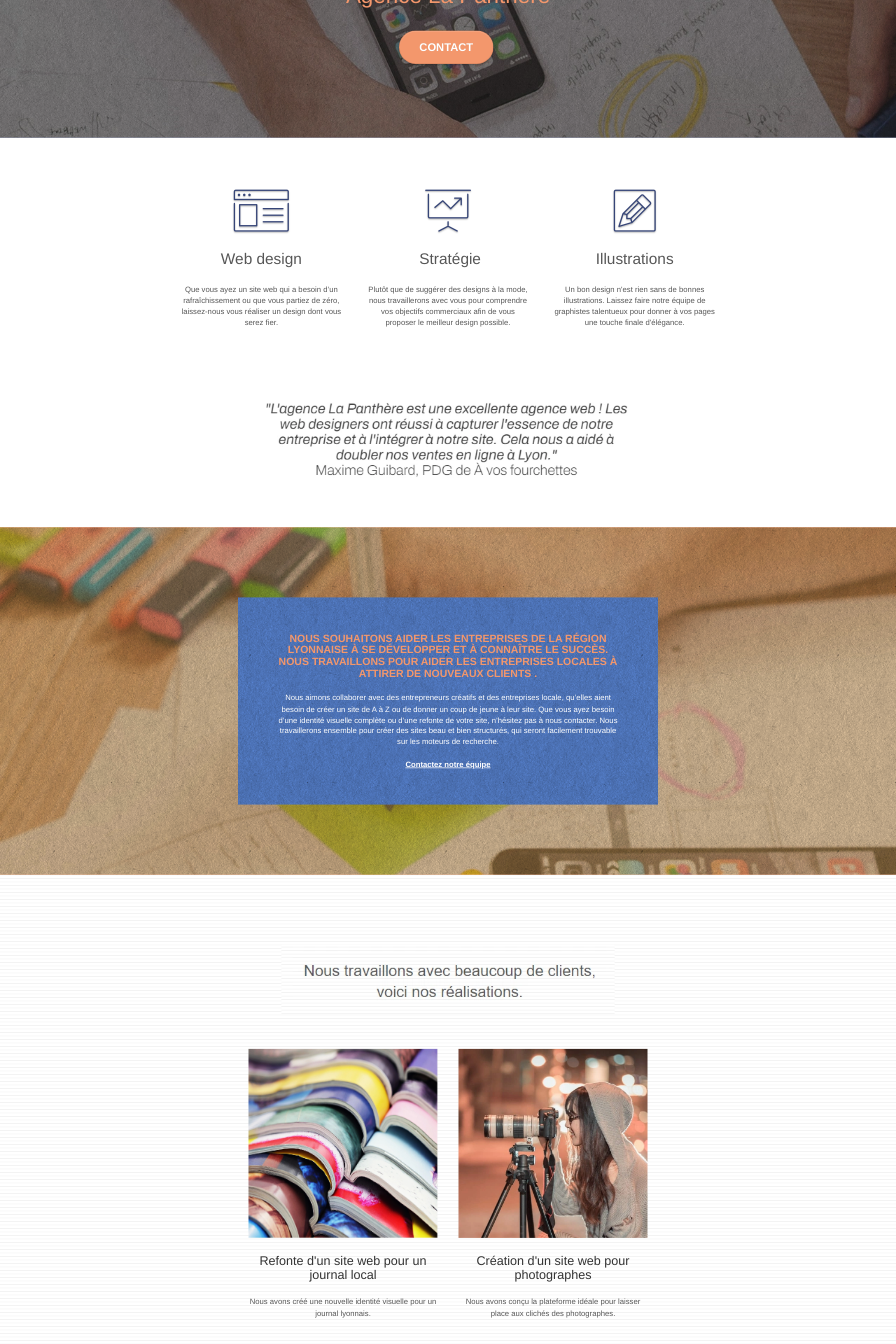
Repository: yacinebouk/la-panthere
Page: index.html
The author's editor kept a copy of each file at every save. The page is drawn from the files as they stood at one save, then again after the next save.
The browser window is 1280 px wide. The pictures show the part of the page from y = 339 to 2259 px (the page is 3309 px tall before and 3328 px after), at 70% of full size.

Above is the page before, as saved 2022-07-28 11:07:34.

After the next save:
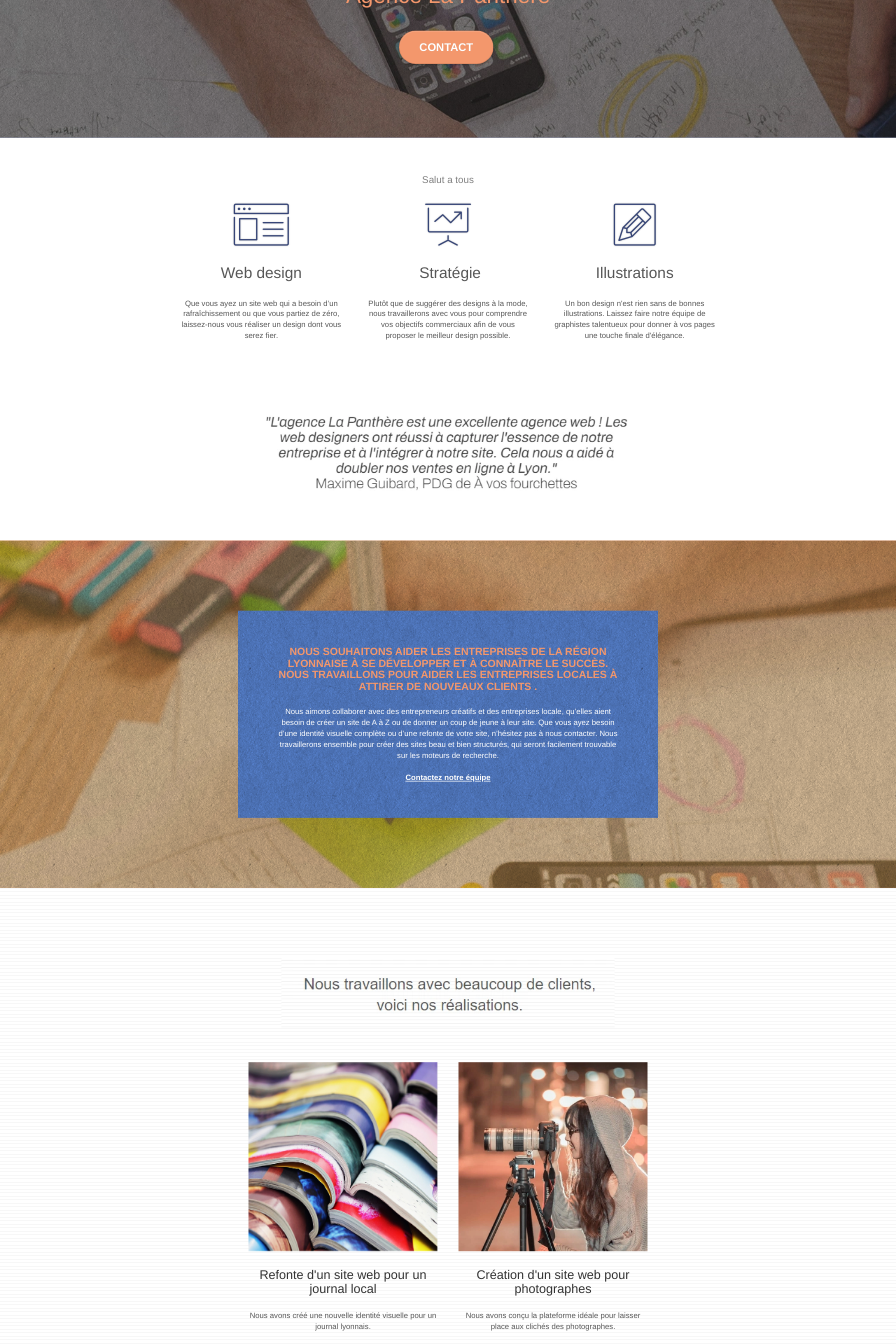
Saved 18 s later.
--- a/index.html
+++ b/index.html
@@ -84,7 +84,7 @@
             <div class="container bloc-md">
                 <div class="row">
                     <div class="col-sm-12 text-center">
-
+                        <span>Salut a tous</span>
                     </div>
                 </div>
                 <div class="row voffset-lg med-width-whitespace">
